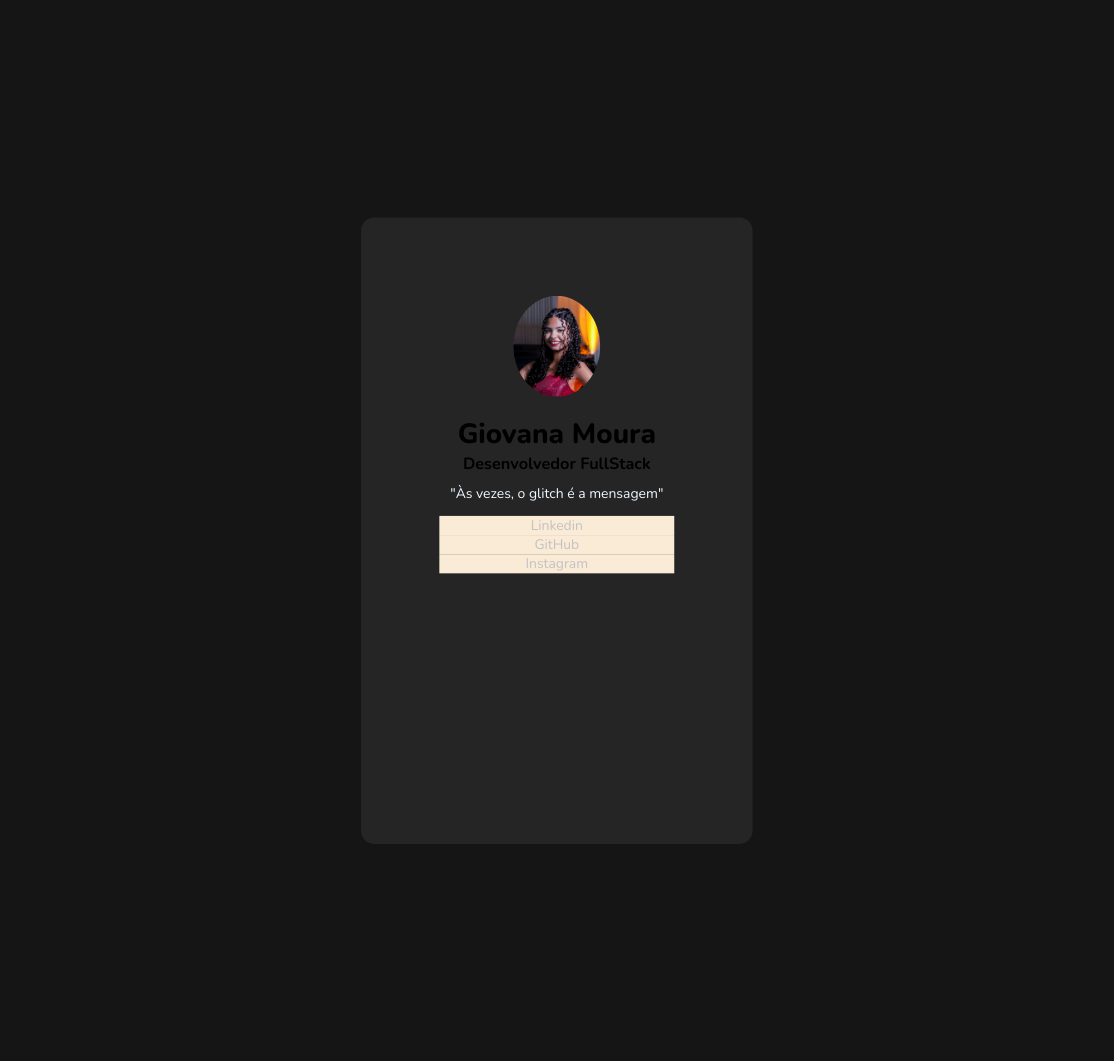
Repository: gimoli/linktree-giovana
Page: index.html
The author's editor kept a copy of each file at every save. The page is drawn from the files as they stood at one save, then again after a run of saves.
The browser window is 1280 px wide. The pictures show the whole page, at 87% of full size.

Above is the page before, as saved 2025-04-11 09:03:07.

### index.html
<!DOCTYPE html>
<html lang="en">
<head>
    <meta charset="UTF-8">
    <meta name="viewport" content="width=device-width, initial-scale=1.0">
    <title>linktree Giovana</title>
    <link rel="stylesheet" href="style.css">
    <link rel="preconnect" href="https://fonts.googleapis.com">
<link rel="preconnect" href="https://fonts.gstatic.com" crossorigin>
<link href="https://fonts.googleapis.com/css2?family=Nunito:ital,wght@0,200..1000;1,200..1000&display=swap" rel="stylesheet">
</head>
<body>
    <div class="container-main">
        <div class="container-imagem">
            <img src="./image-profile.jfif" alt="foto perfil"/>
        </div>
        <div class="container-infos">
            <h1>Giovana Moura</h1>
            <h3>Desenvolvedor FullStack</h3>
        </div>
        <div class="container-easter-egg">
            <p>"Às vezes, o glitch é a mensagem"</p>
        </div>
        <div class="container-social">
            <ul>
                <li>
                    <a href="https://www.linkedin.com/in/giovana-moura-3543032bb/" target="_blank" class="botao-linktree-1">
                        Linkedin
                    </a>
                </li>
                <li>
                    <a href="https://github.com/gimoli" target="_blank" class="botao-linktree-2">
                        GitHub
                    </a>
                </li>
                <li>
                    <a href="https://www.instagram.com/gimoli_n?igsh=cTNvNDJ0M3owb3Vs&utm_source=qr" target="_blank" class="botao-linktree-3">
                        Instagram
                    </a>
                </li>
            </ul>
        </div>
    </div>
</body>
</html>

### style.css
*{
    font-family: "Nunito", sans-serif;
    margin: 0;
    padding: 0;
    box-sizing: border-box;
}

body {
    background-color: rgb(21, 21, 21);
}

.container-main {
    background-color: rgb(37, 37, 37);
    width: 450px;
    height: 720px;
    box-sizing: border-box;
    margin: 250px auto;
    padding: 90px;
    border-radius: 15px;
    text-align: center;
}

.container-imagem img{
    margin: 0 60px;
    width: 100px;
    border-radius: 100%;
}

.container-infos {
    margin-top: 15px;
    margin-bottom: 10px;
}

.container-infos h1 {
    font-weight: 800;
}

.container-infos h2{
  color: #e32363;
    margin-top: 10px;
    margin-bottom: px;
    font-weight: 600;
    font-size: 18px;
}

.container-easter-egg {
    margin-bottom: 15px;
    color: aliceblue;
}

.container-social ul{
    list-style-type: none;
}

.container-social a{
    text-decoration: none;
    color: rgb(194, 194, 194);
}

.container-social li{
  background-color: antiquewhite;
}

After the next 2 saves:
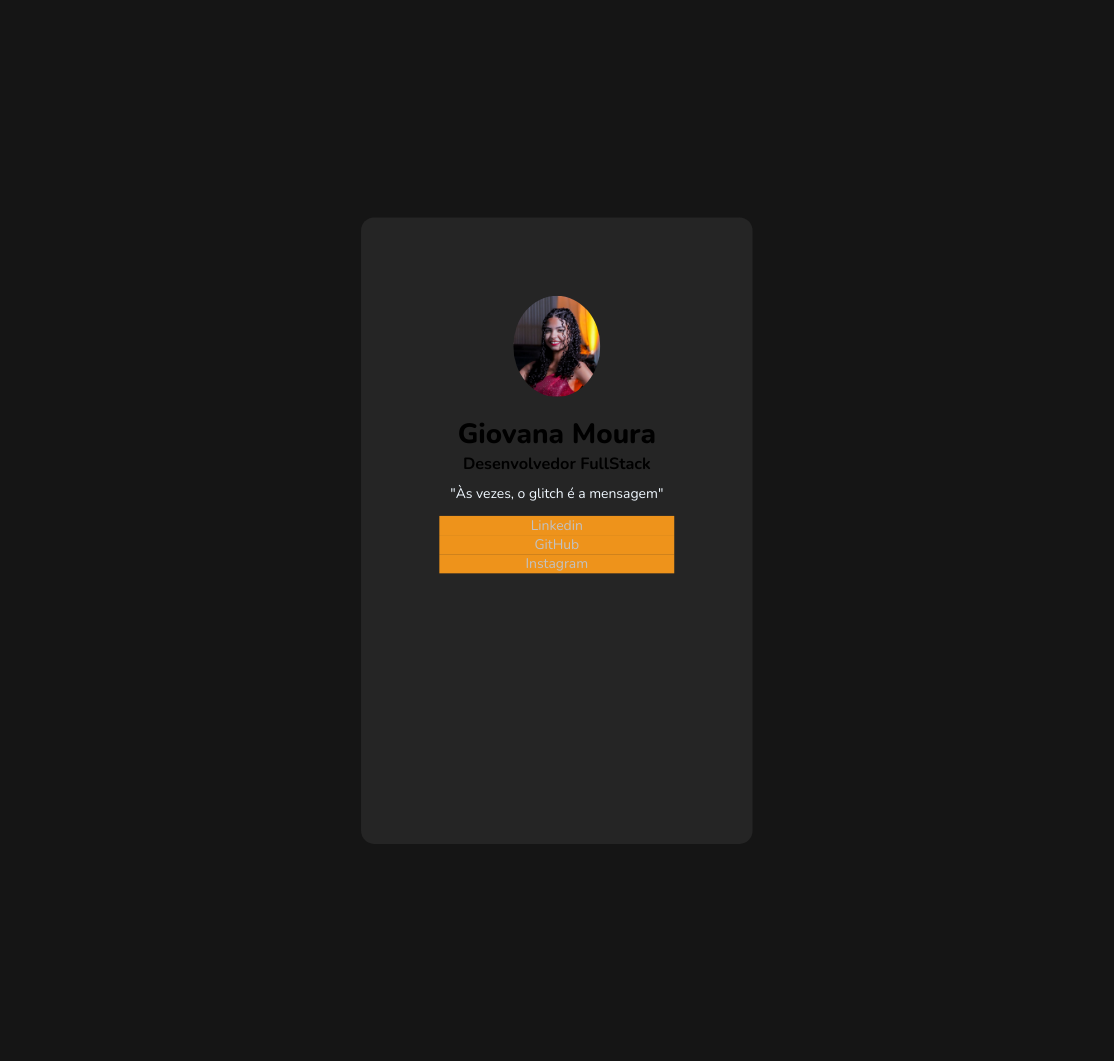
The 2 saves are shown as one change because they came seconds apart.
The last was saved 8 s later.
--- a/style.css
+++ b/style.css
@@ -58,5 +58,5 @@ body {
 }
 
 .container-social li{
-  background-color: antiquewhite;
+  background-color: rgb(238, 147, 27);
 }
